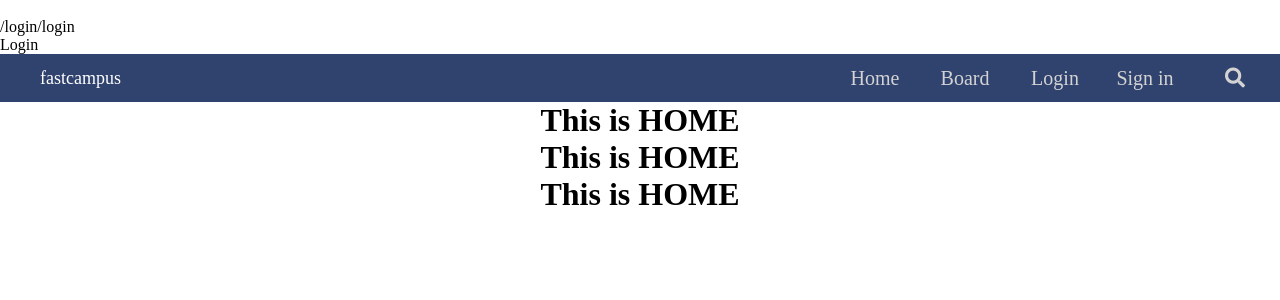
Repository: ReneeKang/Spring_jungsuk
Page: http://localhost/ch2/
An editor plug-in stored every save of this project. The page is shown before and after the next save, followed by the edit.
The browser window is 1280 px wide. The pictures show the whole page.
Some web libraries are served in a nearby version. The page is served by Tomcat 9. Other server files are loaded and not shown.

Above is the page before, as saved 2022-04-17 15:09:46.

### ch2/src/main/webapp/WEB-INF/views/index.jsp
<%@ page language="java" contentType="text/html; charset=UTF-8"%>
<%@ taglib uri="http://java.sun.com/jsp/jstl/core" prefix="c" %>

<%@ page session="false"%>
<!-- session="false" 일때 사용하는 코드 -->
<c:set var="loginId" value="${pageContext.request.getSession(false)==null ? '' : pageContext.request.session.getAttribute('id')}"/>
<c:set var="loginOutLink" value="${loginId=='' ? '/login/login' : '/login/logout'}"/>
<c:set var="loginOut" value="${loginId=='' ? 'Login' : 'ID='+=loginId}"/>

 <!-- session 사용할때 코드
<c:set var="loginOutLink" value="${sessionScope.id==null ? '/login/login' : '/login/logout'}"/>
<c:set var="loginOut" value="${sessionScope.id==null ? 'Login' : 'Logout'}"/>
 -->

<!-- Darren -->

<!-- 음 일단 대충 보아하니.....
request객체에거 직접 session얻어서 getAttribute를 해주니까
값이 제대로 찍히는거 보아서는
EL쪽 문제가 아닌가 싶어요

 -->
<%--  <c:set var="loginId" value="${pageContext.request.getSession(false)==null ? '' : pageContext.request.session.getAttribute('id')}"/>

--%>
<!DOCTYPE html>
<html>
<head>
	<meta charset="UTF-8">
    <title>fastcampus</title>
    <link rel="stylesheet" href="<c:url value='/css/menu.css'/>">
    <link rel="stylesheet" href="https://cdnjs.cloudflare.com/ajax/libs/font-awesome/5.8.2/css/all.min.css"/>
</head>
<body>
${loginId}<br>
${loginOutLink}<br>
${loginOut}<br>
<%-- <%
HttpSession session = request.getSession();
//String str = (String)request.getSession().getAttribute("id");
%>
<%=str%>
ㅎㅇㅎㅇ${pageContext.request.session.getAttribute('id') == null ? 'Login' : 'Logout'}
???? ${loginOut}<br>
${loginId}<br>
${loginOutLink}<br>
${loginOut}<br>


<%
String loginID = (String)request.getSession().getAttribute("id");
String loginOutLink = "";
if(loginID == null || loginID.equals("")){

}
%> --%>
<div id="menu">
	<ul>
	    <li id="logo">fastcampus</li>
	    <li><a href="<c:url value='/'/>">Home</a></li>
	    <li><a href="<c:url value='/board/list'/>">Board</a></li>
	    <li><a href="<c:url value='${loginOutLink}'/>">${loginOut}</a></li>
	    <li><a href="<c:url value='/register/add'/>">Sign in</a></li>
	    <li><a href=""><i class="fas fa-search small"></i></a></li>
	</ul>
</div>
<div style="text-align:center">
	<h1>This is HOME</h1>
	<h1>This is HOME</h1>
	<h1>This is HOME</h1>
</div>

### ch2/src/main/webapp/resources/css/menu.css
* {
    box-sizing: border-box;
    margin : 0;
    padding: 0;
}

a { text-decoration: none;  }

ul {
    list-style-type: none;
    height: 48px;
    width: 100%;
    background-color: #30426E;
    display: flex;
}

ul > li {
    color: lightgray;
    height : 100%;
    width:90px;
    display:flex;
    align-items: center;
}

ul > li > a {
    color: lightgray;
    margin:auto;
    padding: 10px;
    font-size:20px;
    align-items: center;
}

ul > li > a:hover {
    color :white;
    border-bottom: 3px solid rgb(209, 209, 209);
}

#logo {
	color:white;
    font-size: 18px;
    padding-left:40px;
    margin-right:auto;
    display: flex;
}

After the next save:
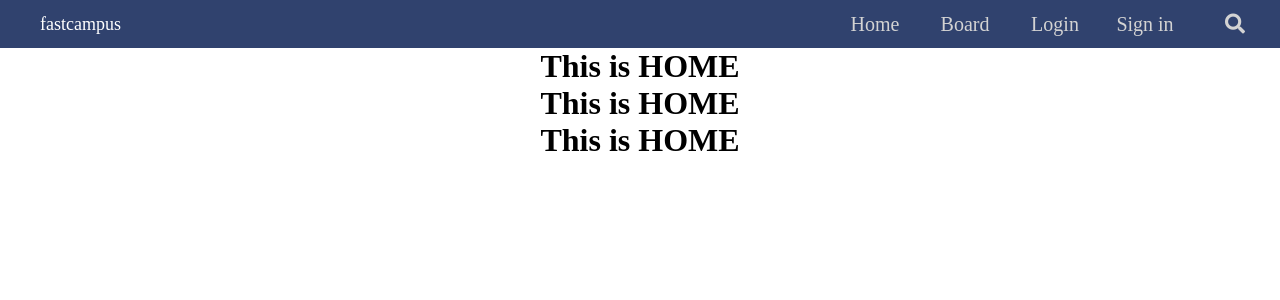
Saved 25 s later.
--- a/ch2/src/main/webapp/WEB-INF/views/index.jsp
+++ b/ch2/src/main/webapp/WEB-INF/views/index.jsp
@@ -32,9 +32,7 @@ EL쪽 문제가 아닌가 싶어요
     <link rel="stylesheet" href="https://cdnjs.cloudflare.com/ajax/libs/font-awesome/5.8.2/css/all.min.css"/>
 </head>
 <body>
-${loginId}<br>
-${loginOutLink}<br>
-${loginOut}<br>
+
 <%-- <%
 HttpSession session = request.getSession();
 //String str = (String)request.getSession().getAttribute("id");
